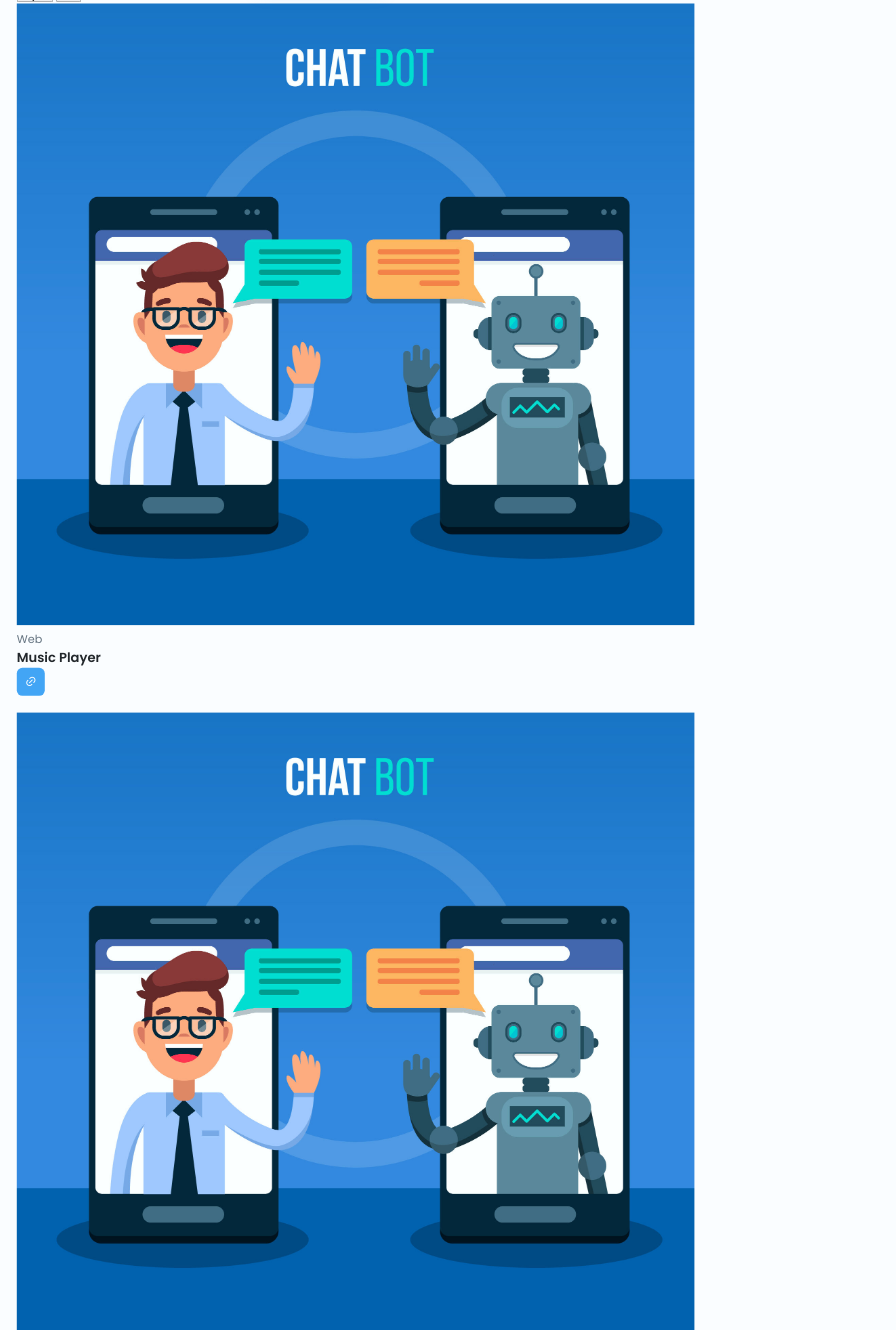
Repository: Kaii-Dev/Porfolio
Page: index.html
These files come from the project's save history. The page is drawn as it stood at one moment and after the next save; the edit follows.
The browser window is 1280 px wide. The pictures show the part of the page from y = 490 to 2390 px (the page is 4523 px tall before and 4607 px after), at 70% of full size.
A picture or video elsewhere on the page could not be fetched, so the positions and the page height are approximate. Some web libraries are served in a nearby version.

Above is the page before, as saved 2022-04-12 16:27:04.

### index.html
<!DOCTYPE html>
<html lang="en">
  <head>
    <meta charset="UTF-8" />
    <meta http-equiv="X-UA-Compatible" content="IE=edge" />
    <meta name="viewport" content="width=device-width, initial-scale=1.0" />
    <title>Portfolio</title>
    <link
      href="https://cdn.jsdelivr.net/npm/remixicon@2.2.0/fonts/remixicon.css"
      rel="stylesheet"
    />
    <link rel="stylesheet" href="./Assets/css/app.css" />
  </head>
  <body>
    <!-- HEADER PROFILE -->
    <header class="profile container">
      <div class="profile__container grid">
        <div class="profile__data">
          <div class="profile__border">
            <div class="profile__perfil">
              <img src="./Assets/img/perfil.jpeg" alt="" />
            </div>
          </div>

          <h2 class="profile__name">Khai Le</h2>
          <h3 class="profile__profession">Front-End Developer</h3>
          <ul class="profile__social">
            <a
              href="https://www.linkedin.com/in/le-khai-68b2921b0/"
              target="_blank"
              class="profile__social-link"
            >
              <i class="ri-linkedin-box-line"></i>
            </a>
            <a
              href="https://www.facebook.com/lkakaizy"
              target="_blank"
              class="profile__social-link"
            >
              <i class="ri-facebook-circle-line"></i>
            </a>
            <a
              href="https://github.com/Kaii-Dev"
              target="_blank"
              class="profile__social-link"
            >
              <i class="ri-github-line"></i>
            </a>
          </ul>
        </div>
        <div class="profile__info grid">
          <div class="profile__info group">
            <h3 class="profile__info-number">2</h3>
            <p class="profile__info-description">
              Language <br />
              certification
            </p>
          </div>
          <div class="profile__info group">
            <h3 class="profile__info-number">+10</h3>
            <p class="profile__info-description">
              Completed <br />
              projects
            </p>
          </div>
          <div class="profile__info group">
            <h3 class="profile__info-number">1</h3>
            <p class="profile__info-description">
              University's <br />
              scholarship
            </p>
          </div>
        </div>

        <div class="profile__buttons">
          <!-- insert cv -->
          <a download="" href="./Assets/pdf/" class="button">
            Download CV <i class="ri-download-line"></i>
          </a>

          <div class="profile__buttons-small">
            <!-- insert phone number -->
            <a
              href="tel: 0842454228"
              target="_blank"
              class="button button__small button__gray"
            >
              <i class="ri-phone-line"></i>
            </a>
            <a
              href="https://m.me/lkakaizy"
              target="_blank"
              class="button button__small button__gray"
            >
              <i class="ri-messenger-line"></i>
            </a>
          </div>
        </div>
      </div>
    </header>
    <!-- MAIN -->
    <main class="main">
      <section class="filters container">
        <!-- FILTERS TABS -->
        <ul class="filters__contents">
          <button class="filters__button" data-target="#projects">
            Projects
          </button>
          <button class="filters__button" data-target="#skills">Skills</button>
        </ul>
        <div class="filters__sections">
          <!-- PROJECTS -->
          <div class="projects__content grid" data-content id="projects">
             <article>
               <img src="./Assets/img/pic1.jpeg" alt="" class="projects__img" />
               <div class="projects__modal">
                 <div class="">
                   <span class="projects__subtitle">Web</span>
                   <h3 class="projects__title">
                      Music Player</h3>
                   <a href="https://kaii-dev.github.io/Music-player/" class="projects__button button button__small">
                     <i class="ri-link"></i>
                   </a>
                 </div>
               </div>
             </article>

             <article>
               <img src="./Assets/img/pic1.jpeg" alt="" class="projects__img" />
               <div class="projects__modal">
                 <div class="">
                   <span class="projects__subtitle">Web</span>
                   <h3 class="projects__title">Covid ChatBot</h3>
                   <a href="https://kaii-dev.github.io/Covid-ChatBot/" class="projects__button button button__small">
                     <i class="ri-link"></i>
                   </a>
                 </div>
               </div>
             </article>
            <article>
              <img src="./Assets/img/pic1.jpeg" alt="" class="projects__img" />
              <div class="projects__modal">
                <div class="">
                  <span class="projects__subtitle">Web</span>
                  <h3 class="projects__title">To do list</h3>
                  <a href="https://kaii-dev.github.io/TO-DO-LIST/" class="projects__button button button__small">
                    <i class="ri-link"></i>
                  </a>
                </div>
              </div>
            </article>

            <article>
              <img src="./Assets/img/pic1.jpeg" alt="" class="projects__img" />
              <div class="projects__modal">
                <div class="">
                  <span class="projects__subtitle">Web</span>
                  <h3 class="projects__title">Assets Management</h3>
                  <a href="" class="projects__button button button__small">
                    <i class="ri-link"></i>
                  </a>
                </div>
              </div>
            </article>



          </div>
          <!-- SKILLS -->
          <div class="skills__content grid" data-content id="skills"></div>
        </div>
      </section>
    </main>
    <!-- FOOTER -->
    <footer class="footer container"></footer>
    <!-- SCROLL REVEAL -->
    <script src="./Assets/js/app.js"></script>
  </body>
</html>

### Assets/css/app.css
/* GOOGLE FONT */
@import url("https://fonts.googleapis.com/css2?family=Poppins:wght@400;500;600&display=swap");
/* VAR CSS */
:root {
  --hue: 207;
  --sat: 90%;
  --lig: 61%;

  --first-color: hsl(var(--hue), var(--sat), var(--lig));
  --first-color-alt: hsl(var(--hue), var(--sat), 57%);
  --title-color: hsl(var(--hue), 12%, 15%);
  --text-color: hsl(var(--hue), 12%, 45%);
  --text-color-light: hsl(var(--hue), 8%, 75%);
  --text-color-lighten: hsl(var(--hue), 8%, 92%);
  --body-color: hsl(var(--hue), 100%, 99%);
  --container-color: #fff;
  /* font and typography */
  --body-font: "Poppins", sans-serif;
  --h2-font-size: 1.25rem;
  --h3-font-size: 1rem;
  --normal-font-size: 0.938rem;
  --small-font-size: 0.813rem;
  --smaller-font-size: 0.75rem;
}

/* responsive  */
@media screen and (min-width: 986px) {
  :root {
    --h2-font-size: 1.5rem;
    --h3-font-size: 1.25rem;
    --normal-font-size: 1rem;
    --small-font-size: 0.875rem;
    --smaller-font-size: 0.813rem;
  }
}
/*  CSS */
*,
*::before,
*::after {
  box-sizing: border-box;
}
* {
  margin: 0;
}

* {
  box-sizing: border-box;
  padding: 0;
  margin: 0;
}

body {
  font-family: var(--body-font);
  font-size: var(--normal-font-size);
  background-color: var(--body-color);
  color: var(--text-color);
  transition: 0.3s; /* For animation dark mode */
}

h1,
h2,
h3 {
  color: var(--title-color);
  font-weight: 600;
}

ul {
  list-style: none;
}

a {
  text-decoration: none;
}

img {
  max-width: 100%;
  height: auto;
}

/* REUSEBALE CSS */

.container {
  max-width: 968px;
  margin-left: 1.5rem;
  margin-right: 1.5rem;
}
.grid {
  display: grid;
  gap: 1.5rem;
}

/* PROFILE */
.profile {
  position: relative;
  padding-top: 3.5rem;
}

.profile__container {
  row-gap: 2rem;
}

.profile__data {
  display: grid;
  text-align: center;
}

.profile__perfil {
  width: 100px;
  height: 100px;
  background: linear-gradient(
    180deg,
    hsla(var(--hue), var(--sat), var(--lig), 1) 0%,
    hsla(var(--hue), var(--sat), var(--lig), 0.2) 100%
  );
  border-radius: 50%;
  overflow: hidden;
  display: flex;
  align-items: flex-end;
  justify-content: center;
}

.profile__perfil img {
  width: 75px;
}

.profile__border {
  border: 3.5px solid var(--first-color);
  justify-self: center;
  border-radius: 50%;
  display: grid;
  place-items: center;
  margin-bottom: 0.75rem;
}

.profile__name {
  font-size: var(--h2-font-size);
}
.profile__profession {
  font-size: var(--smaller-font-size);
  font-weight: 500;
  color: var(--text-color);
  margin-bottom: 1rem;
}

.profile__social {
  display: flex;
  justify-content: center;
  column-gap: 0.75rem;
  padding: 0 0 0 0px;
}

.profile__social-link {
  font-size: 1.25rem;
  color: var(--title-color);
  transition: 0.3s;
}
.profile__social-link:hover {
  color: var(--first-color);
}

.profile__info {
  grid-template-columns: repeat(3, max-content);
  justify-content: center;
  column-gap: 2.5rem;
}

.profile__info-group {
  font-size: var(--normal-font-size);
  margin-bottom: 0.25rem;
}

.profile__info-description {
  font-size: var(--smaller-font-size);
  font-weight: 500;
}
.profile__buttons,
.profile__buttons-small {
  display: flex;
  align-items: center;
  justify-content: center;
}

.profile__buttons {
  column-gap: 1rem;
}
.profile__buttons-small {
  column-gap: 0.25rem;
}
/* BUTTONS */

.button {
  display: inline-flex;
  align-items: center;
  column-gap: 0.5rem;
  background-color: var(--first-color);
  color: #fff;
  padding: 1.15rem 1.5rem;
  border-radius: 0.5rem;
  transition: 0.3s;
  box-shadow: 0 8px 24px hsla(var(--hue), var(--sat), var(--lig), 0.25);
}

.button:hover {
  background-color: var(--first-color-alt);
}

.button__small {
  padding: 0.75rem;
  box-shadow: none;
}

.button__gray {
  background-color: var(--text-color-lighten);
  color: var(--title-color);
}

.button__gray:hover {
  background-color: var(--text-color-ligh);
  color: var(--title-color);
}

/* FILTERS TABS */
.filters__content {
  margin: 2rem 0 2.5rem;
  background-color: var(--text-color-lighten);
  padding: 0.375rem;
  border-radius: 0.75rem;
}

Loaded but not shown: Assets/js/app.js (no copy from this time; the picture is the same without it)

After the next save:
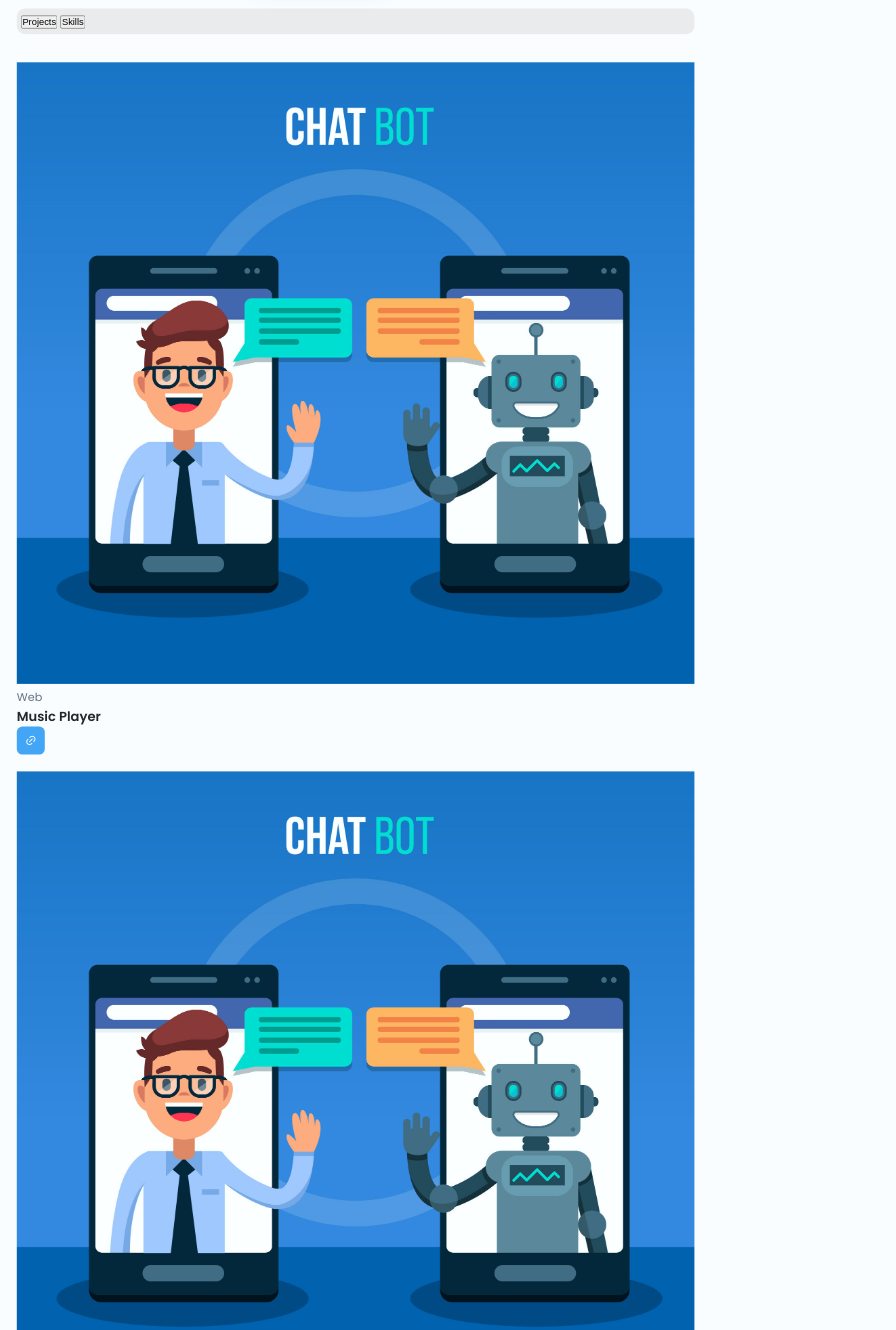
Saved 36 s later.
--- a/index.html
+++ b/index.html
@@ -102,7 +102,7 @@
     <main class="main">
       <section class="filters container">
         <!-- FILTERS TABS -->
-        <ul class="filters__contents">
+        <ul class="filters__content">
           <button class="filters__button" data-target="#projects">
             Projects
           </button>
@@ -111,39 +111,47 @@
         <div class="filters__sections">
           <!-- PROJECTS -->
           <div class="projects__content grid" data-content id="projects">
-             <article>
-               <img src="./Assets/img/pic1.jpeg" alt="" class="projects__img" />
-               <div class="projects__modal">
-                 <div class="">
-                   <span class="projects__subtitle">Web</span>
-                   <h3 class="projects__title">
-                      Music Player</h3>
-                   <a href="https://kaii-dev.github.io/Music-player/" class="projects__button button button__small">
-                     <i class="ri-link"></i>
-                   </a>
-                 </div>
-               </div>
-             </article>
+            <article>
+              <img src="./Assets/img/pic1.jpeg" alt="" class="projects__img" />
+              <div class="projects__modal">
+                <div class="">
+                  <span class="projects__subtitle">Web</span>
+                  <h3 class="projects__title">Music Player</h3>
+                  <a
+                    href="https://kaii-dev.github.io/Music-player/"
+                    class="projects__button button button__small"
+                  >
+                    <i class="ri-link"></i>
+                  </a>
+                </div>
+              </div>
+            </article>
 
-             <article>
-               <img src="./Assets/img/pic1.jpeg" alt="" class="projects__img" />
-               <div class="projects__modal">
-                 <div class="">
-                   <span class="projects__subtitle">Web</span>
-                   <h3 class="projects__title">Covid ChatBot</h3>
-                   <a href="https://kaii-dev.github.io/Covid-ChatBot/" class="projects__button button button__small">
-                     <i class="ri-link"></i>
-                   </a>
-                 </div>
-               </div>
-             </article>
+            <article>
+              <img src="./Assets/img/pic1.jpeg" alt="" class="projects__img" />
+              <div class="projects__modal">
+                <div class="">
+                  <span class="projects__subtitle">Web</span>
+                  <h3 class="projects__title">Covid ChatBot</h3>
+                  <a
+                    href="https://kaii-dev.github.io/Covid-ChatBot/"
+                    class="projects__button button button__small"
+                  >
+                    <i class="ri-link"></i>
+                  </a>
+                </div>
+              </div>
+            </article>
             <article>
               <img src="./Assets/img/pic1.jpeg" alt="" class="projects__img" />
               <div class="projects__modal">
                 <div class="">
                   <span class="projects__subtitle">Web</span>
                   <h3 class="projects__title">To do list</h3>
-                  <a href="https://kaii-dev.github.io/TO-DO-LIST/" class="projects__button button button__small">
+                  <a
+                    href="https://kaii-dev.github.io/TO-DO-LIST/"
+                    class="projects__button button button__small"
+                  >
                     <i class="ri-link"></i>
                   </a>
                 </div>
@@ -162,9 +170,6 @@
                 </div>
               </div>
             </article>
-
-
-
           </div>
           <!-- SKILLS -->
           <div class="skills__content grid" data-content id="skills"></div>
